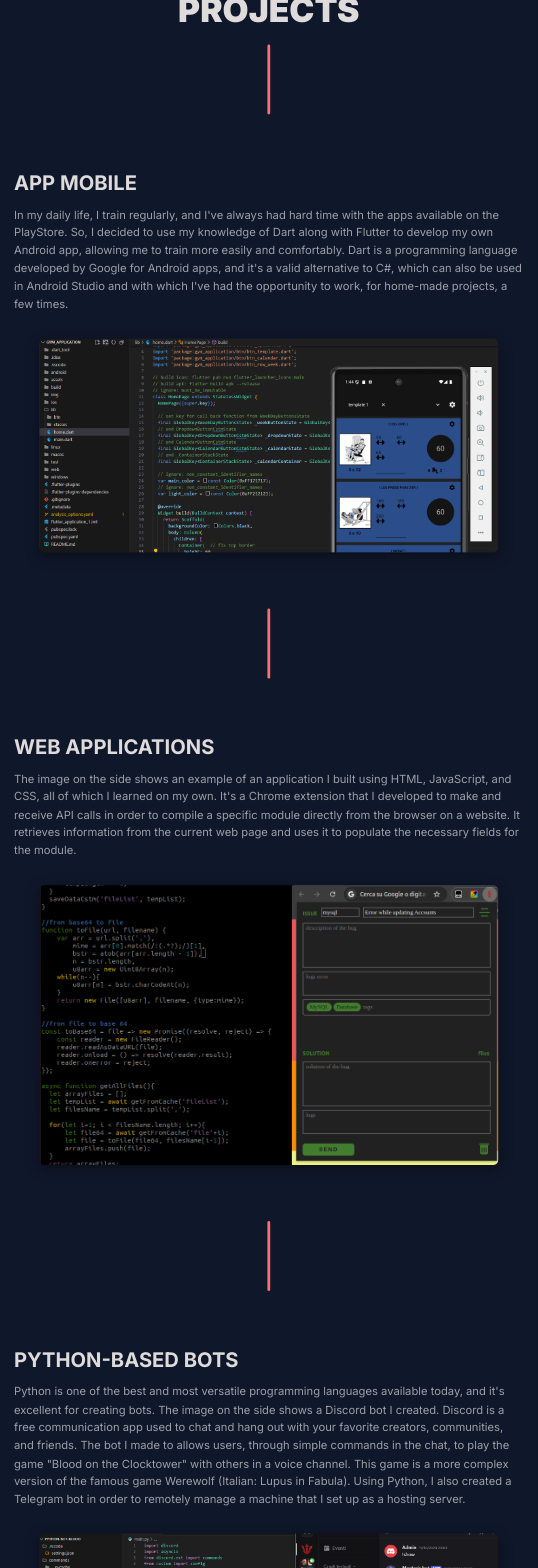
Repository: EnricoCalabrese/EnricoCalabrese.github.io
Page: index.html
An editor plug-in stored every save of this project. The page is shown before and after the next save, followed by the edit.
The browser window is 768 px wide. The pictures show the part of the page from y = 1748 to 3988 px (the page is 6119 px tall), at 70% of full size.

Above is the page before, as saved 2025-07-26 09:40:10.

After the next save:
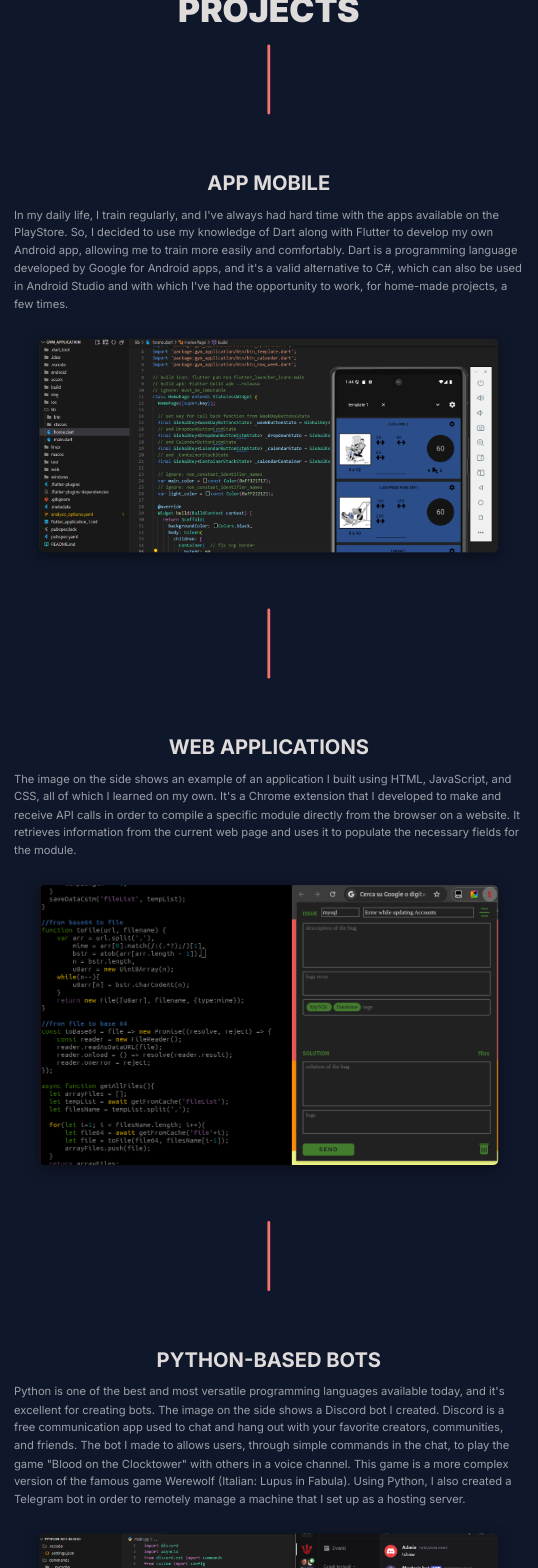
Saved 47 s later.
--- a/index.html
+++ b/index.html
@@ -474,7 +474,7 @@
         font-size: var(--font-lg);
         color: var(--color-white);
         margin: 0 0 var(--space-xs);
-        align-items: center;
+        text-align: center;
       }
     }
   </style>
